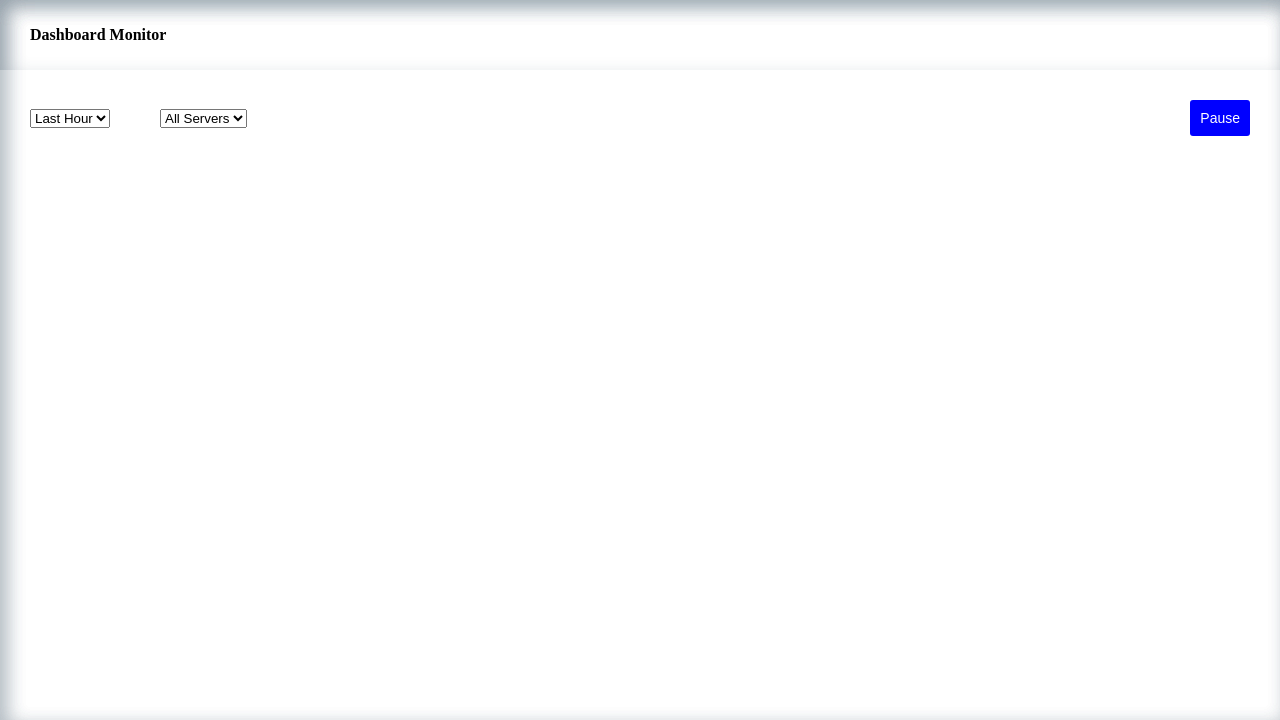
Repository: egorgloom/dashboard
Page: /
An editor plug-in stored every save of this project. The page is shown before and after the next save, followed by the edit.
The browser window is 1280 px wide. The pictures show the whole page.
The page's requests for data from a server got no answer. The project was rebuilt for these pictures with package versions that can differ from the ones it lists, and the page was loaded fresh each time. No one was signed in, and anything a server would have sent is missing. Also part of the build but not shown: webpack.config.js, src/components/ItemCard/ItemCard.tsx, src/components/SingleServerMetrics/SingleServerMetrics.tsx.

Above is the page before, as saved 2025-04-16 19:18:41.

After the next save:
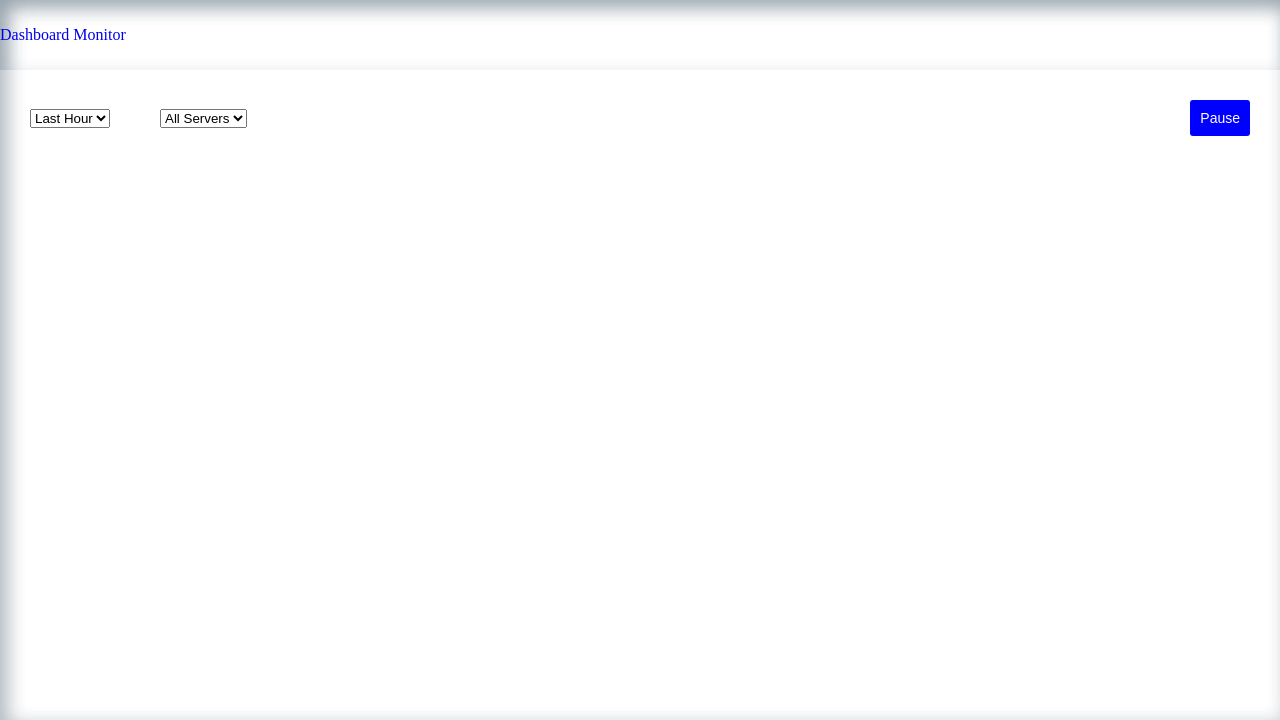
Saved 73 s later.
--- a/src/components/Header/Header.tsx
+++ b/src/components/Header/Header.tsx
@@ -7,7 +7,7 @@ const Header: FC<IHeader> = () => {
   return (
     <>
           <header className='header'>
-        <a href="/" aria-label="Dashboard" className='header--logo'>
+        <a href="/" aria-label="Dashboard" className='header__logo'>
           Dashboard Monitor
         </a>
       </header>
